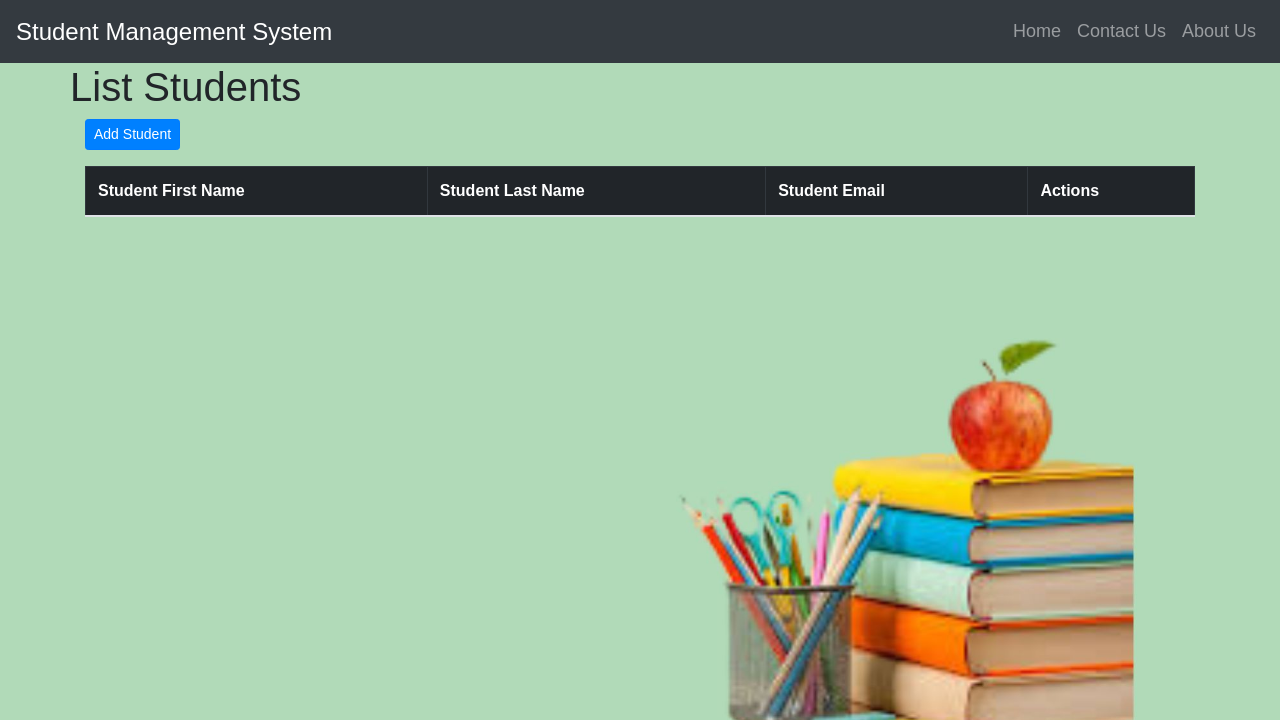
Repository: marthamutsvandiani/student_management_system
Page: http://localhost/Students
An editor plug-in stored every save of this project. The page is shown before and after the next save, followed by the edit.
The browser window is 1280 px wide. The pictures show the whole page.
The page is this project's Thymeleaf template; nobody is signed in. The template is opened directly, without the code that normally fills it, so the values that code supplies are empty.

Above is the page before, as saved 2024-11-01 15:04:50.

### studentmanagementsystem/src/main/resources/templates/Students.html
<!DOCTYPE html>
<html lang="en">
<html xmlns:th="http://www.thymeleaf.org">
<head>
    <meta charset="UTF-8">
    <meta http-equiv="X-UA-Compatible" content="IE=edge">
    <meta name="viewport" content="width=device-width, initial-scale=1.0">
    <title>Student Management</title>
	<link rel="stylesheet" href="https://cdn.jsdelivr.net/npm/bootstrap@4.0.0/dist/css/bootstrap.min.css"
	integrity="sha384-Gn5384xqQ1aoWXA+058RXPxPg6fy4IWvTNh0E263XmFcJlSAwiGgFAW/dAiS6JXm"
	 crossorigin="anonymous">
	 <link rel="stylesheet" th:href="@{/css/styles.css}">
</head>


<body>


	<nav class="navbar navbar-expand-md bg-dark navbar-dark">
	  <!-- Brand -->
	  <a class="navbar-brand" href="#">Student Management System</a>

	  <!-- Toggler/collapsibe Button -->
	  <button class="navbar-toggler" type="button" data-toggle="collapse" data-target="#collapsibleNavbar">
	    <span class="navbar-toggler-icon"></span>
	  </button>

	 <!---	  <div class="navbar-icons">
	  	  	             <a href="#" class="icon-link">
	  	  	                 <img src="/images/icon.png" alt="Icon" class="navbar-icon" />
	  	  	             </a>
	  	  	         </div>---->

	  <!-- Navbar links -->
	  <div class="collapse navbar-collapse" id="collapsibleNavbar">
	    <ul class="navbar-nav">
	      <li class="nav-item">
	        <a class="nav-link"th:href="@{/students}">Home</a>
	      </li>

		  <li class="nav-item">
		          <a class="nav-link"th:href="@{/contact}">Contact Us</a>
		        </li>
				<li class="nav-item">
				        <a class="nav-link"th:href="@{/about}">About Us</a>
				      </li>
      </ul>
	  </div>


	</nav>

    <div class = "container">
		<div class = "row">
			<h1> List Students</h1>
		</div>
		<div class = "row">
			<div class ="col-lg-3">
				<a th:href ="@{/students/new}" class = "btn btn-primary btn-sm mb-3"> Add Student</a>
			</div>
		</div>

		<table class = "table table-striped table-bordered">
			<thead class ="table-dark">
				<tr>
					<th>Student First Name</th>
					<th>Student Last Name</th>
					<th>Student Email</th>
					<th>Actions</th>

				</tr>

			</thead>
			<tbody>
				<tr th:each ="student: ${students}">
					<td th:text ="${student.firstName}"></td>
					<td th:text ="${student.LastName}"></td>
					<td th:text ="${student.email}"></td>
					<td>

					<a th:href = "@{/students/edit/{id}(id=${student.id})}"
					class ="btn btn-primary">Update</a>

					<a th:href = "@{/students/{id}(id=${student.id})}"
					class ="btn btn-danger">Delete</a>
					</td>
				</tr>
			</tbody>

		</table>
	</div>
</body>
</html>

### studentmanagementsystem/src/main/resources/static/css/styles.css
/* Background image for the whole page */
body {
    background-image: url('/images/Background.jpg'); /* Place your image in src/main/resources/static/images */
    background-size: cover;
    background-repeat: no-repeat;
    background-attachment: fixed; /* Keeps the image fixed while scrolling */
    font-family: Arial, sans-serif; /* Sets a global font style */

}
.navbar {
    background-color: #333; /* Navbar background color */
    overflow: hidden;
    position: relative; /* Ensure the positioning is relative for child elements */
}

.navbar-content {
    display: flex;
    justify-content: space-between; /* Space between brand and icons */
    align-items: center; /* Center vertically */
    padding: 15px; /* Adjust padding as needed */
}

.navbar-brand {
    color: white; /* Brand text color */
    text-decoration: none;
    font-size: 20px; /* Brand font size */
}

.navbar-icons {
    position: absolute; /* Position the icons absolutely */
    right: 15px; /* Distance from the right edge */
    top: 50%; /* Center vertically */
    transform: translateY(-50%); /* Adjust for vertical centering */
}

.icon-link {
    display: inline-block; /* Ensures the icon is clickable */
}

.navbar-icon {
    width: 30px; /* Icon width */
    height: 30px; /* Icon height */
    vertical-align: middle; /* Aligns with text if needed */
}

.navbar-nav {
    margin-left: auto; /* Pushes the navbar items to the right */
    font-size: 18px; /* Increases font size for the buttons */
}

.nav-item a {
    color: white; /* Sets button text color */
    padding: 10px 15px; /* Adjusts padding around buttons */
}

.navbar-brand {
    font-size: 24px; /* Increases the brand font size */
	/*background-color: #333;
}


.nav-item {
    margin-left: 15px; /* Optional: add spacing between navbar items */
}


/* Style for the card components */
.card {
    background-color: rgb(255, 255, 255); /* Light background for readability */
    border-radius: 8px;
    padding: 20px;
    box-shadow: 0px 4px 8px #333; /* Adds a subtle shadow */
}

/* Button styles */
.btn-primary {
    background-color: rgb(0, 128, 255);
    border-color: #007bff;
}

.btn-danger {
    background-color: #dc3545;
    border-color: #dc3545;
}



/* Login page specific styles */
.login-page .login-navbar {
    background-color: rgb(177, 218, 184); /* Custom background color for login page navbar */
    padding: 0.5rem 1rem; /* Reduce padding */
    display: flex; /* Use flexbox */
    justify-content: center; /* Center contents horizontally */
}

/* Logo style */
.login-page .login-logo {
    max-width: 220px; /* Set max width for logo */
    height: auto; /* Maintain aspect ratio */
}


/* Center the login box and add space from navbar */
.login-page .container {
    display: flex;
    justify-content: center;
    align-items: center;
    min-height: 80vh; /* Center vertically */
}

.login-page .login-box {
    width: 100%;
    max-width: 400px;
    padding: 20px;
    border: 1px solid rgb(0, 128, 0);
    border-radius: 8px;
    background-color: rgb(64, 128, 128);
    box-shadow: 0px 4px 8px rgba(0, 0, 0, 0.2);
	margin-bottom: 220px; /* Add margin to push the box down */
}

After the next save:
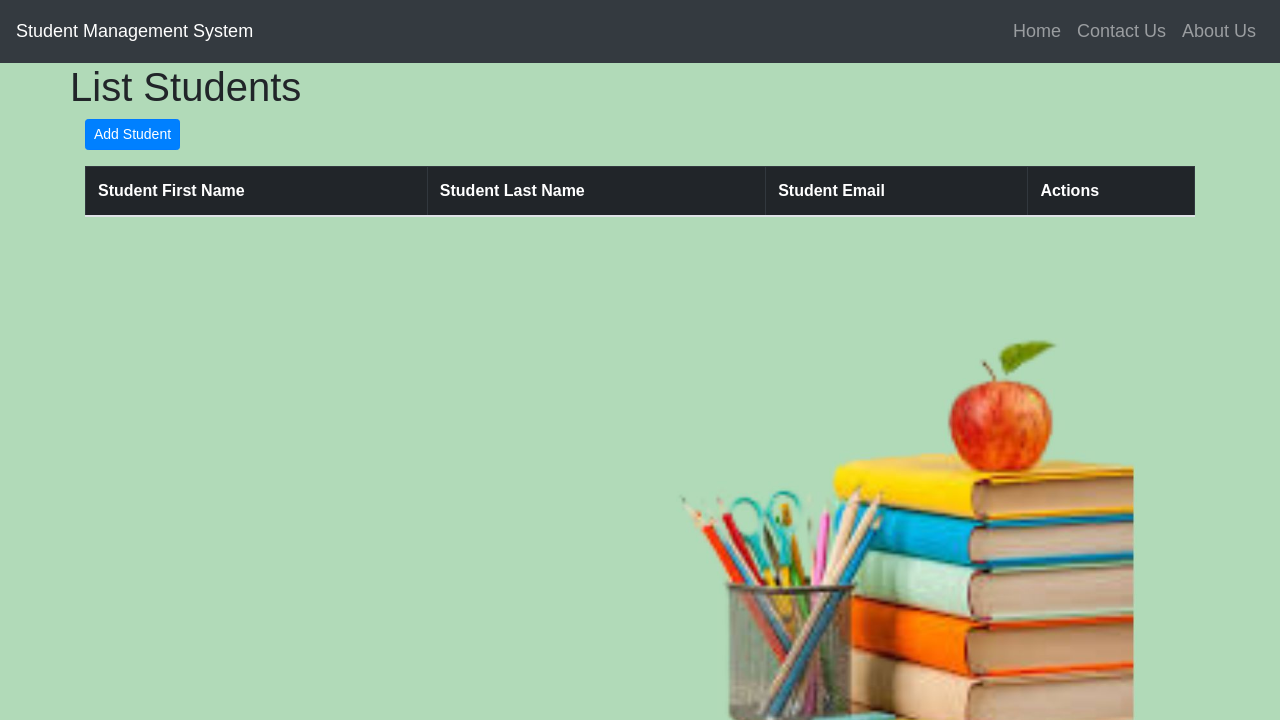
Saved 81 s later.
--- a/studentmanagementsystem/src/main/resources/static/css/styles.css
+++ b/studentmanagementsystem/src/main/resources/static/css/styles.css
@@ -54,7 +54,7 @@
 }
 
 .navbar-brand {
-    font-size: 24px; /* Increases the brand font size */
+    font-size: 18px; /* Increases the brand font size */
 	/*background-color: #333;
 }
 

After the save that followed:
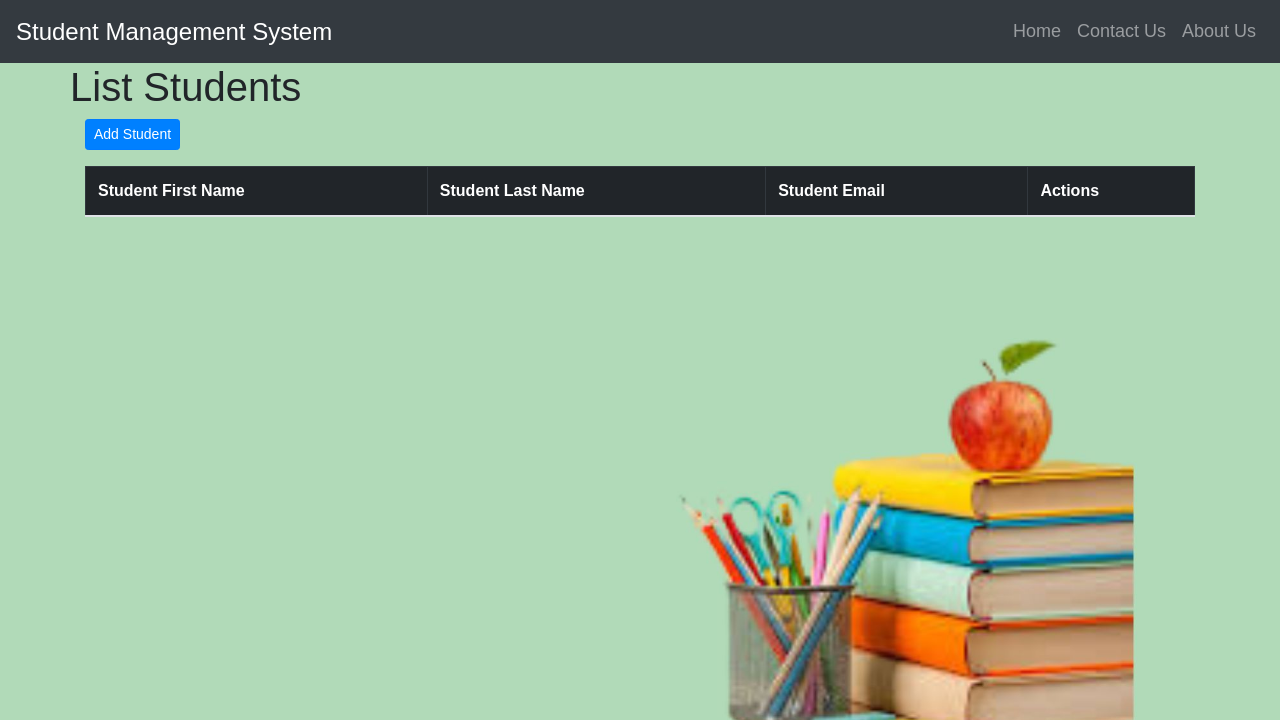
Saved 30 s later.
--- a/studentmanagementsystem/src/main/resources/static/css/styles.css
+++ b/studentmanagementsystem/src/main/resources/static/css/styles.css
@@ -54,7 +54,7 @@
 }
 
 .navbar-brand {
-    font-size: 18px; /* Increases the brand font size */
+    font-size: 24px; /* Increases the brand font size */
 	/*background-color: #333;
 }
 
